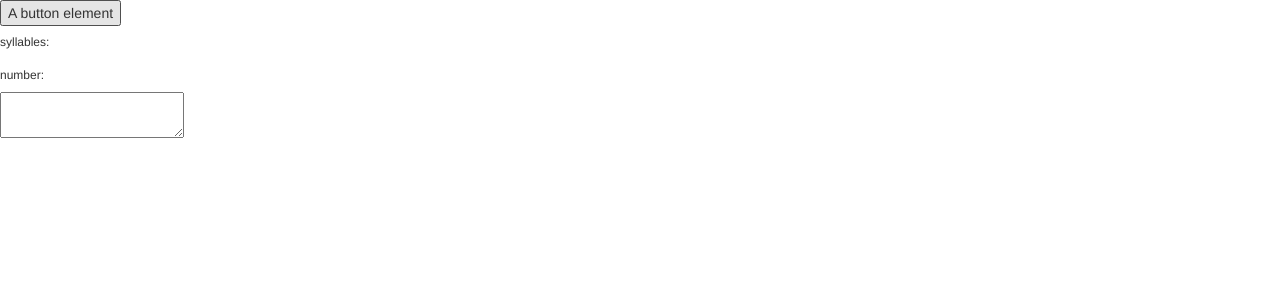
Repository: eadaradhiraj/shloka_builder
Page: shloka_builder.html
An editor plug-in stored every save of this project. The page is shown before and after the next save, followed by the edit.
The browser window is 1280 px wide. The pictures show the whole page.
Some web libraries are served in a nearby version.

Above is the page before, as saved 2018-04-12 16:53:16.

After the next save:
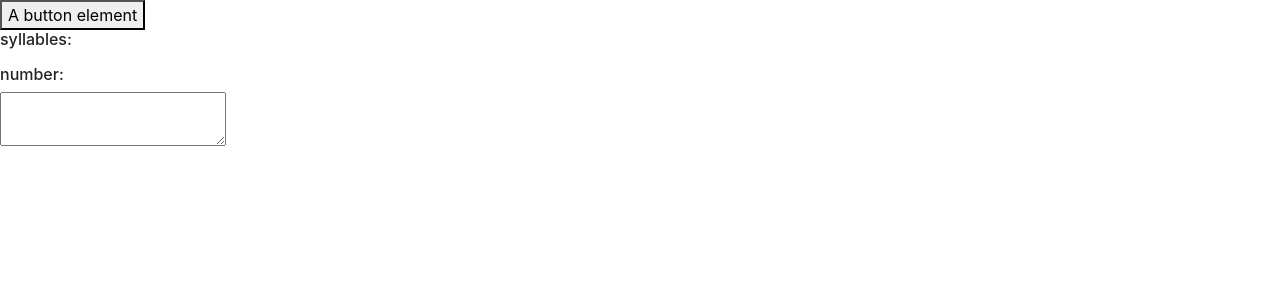
Saved 111 s later.
--- a/shloka_builder.html
+++ b/shloka_builder.html
@@ -3,12 +3,12 @@
 
 <head>
 
-  <link href="https://maxcdn.bootstrapcdn.com/bootstrap/3.3.6/css/bootstrap.min.css" rel="stylesheet">
+  <link href="https://maxcdn.bootstrapcdn.com/bootstrap/4.1.0/css/bootstrap.min.css" rel="stylesheet">
 
   <script src="https://ajax.googleapis.com/ajax/libs/jquery/1.12.4/jquery.min.js"></script>
 
   <script type="text/javascript" src="https://ajax.googleapis.com/ajax/libs/jqueryui/1.11.1/jquery-ui.min.js"></script>
-  <script src="https://maxcdn.bootstrapcdn.com/bootstrap/3.3.6/js/bootstrap.min.js"></script>
+  <script src="https://maxcdn.bootstrapcdn.com/bootstrap/4.1.0/js/bootstrap.min.js"></script>
   <script type="text/javascript" src="https://realization.org/p/topics/transliterator/sanscript.js"></script>
   <script type="text/javascript" src="syllabaliser.js"></script>
   <script type="text/javascript" src="short_sounds.js"></script>
